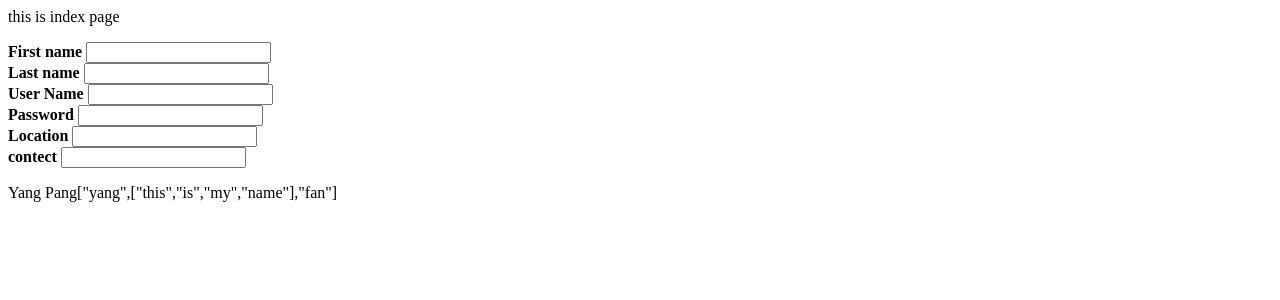
Repository: SeraYang/www
Page: http://localhost/app/index.php
The author's editor kept a copy of each file at every save. The page is drawn from the files as they stood at one save, then again after the next save.
The browser window is 1280 px wide. The pictures show the whole page.
The page is run by PHP 8.4 with error messages shown; the project is at /var/www/html/.

Above is the page before, as saved 2016-01-28 03:24:58.

After the next save:
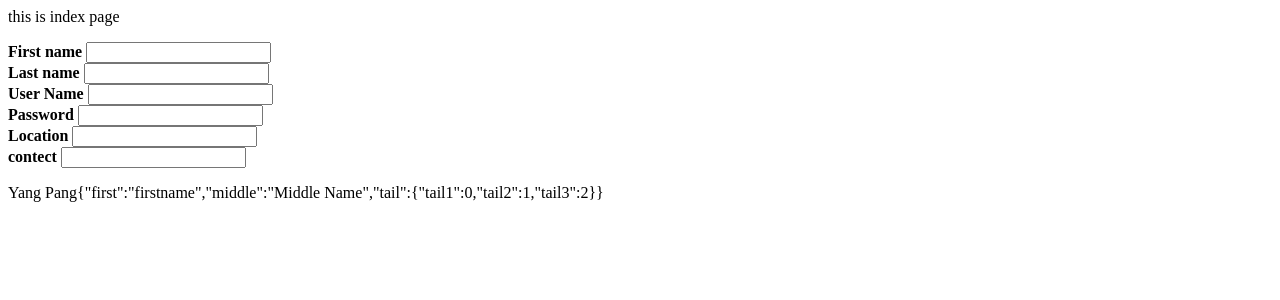
Saved 2 min 37 s later.
--- a/openhouse_app/app/index.php
+++ b/openhouse_app/app/index.php
@@ -32,7 +32,11 @@
             }
 
             $email = "yang@hofstra.com.edu";
-            $testarr = array('yang',array('this','is','my','name'),'fan');
+//             $testarr = array('yang',array('this','is','my','name'),'fan');
+			$testarr = array();
+			$testarr['first'] = 'firstname';
+			$testarr['middle'] = 'Middle Name';
+			$testarr['tail'] = array('tail1'=>0,'tail2'=>1,'tail3'=>2);
             echo json_encode($testarr);
             //print tablename($email);
         ?>
